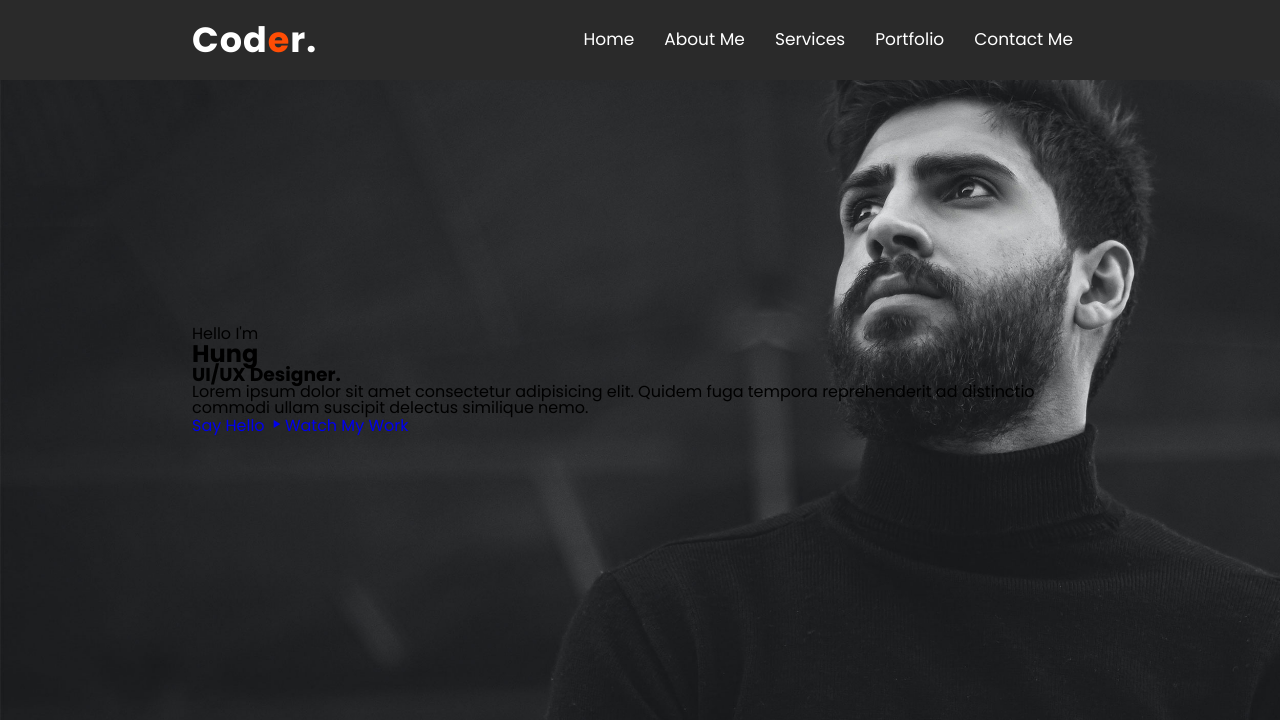
Repository: HungNg99/Protifolio2
Page: Portfolio/index.html
These files come from the project's save history. The page is drawn as it stood at one moment and after the next save; the edit follows.
The browser window is 1280 px wide. The pictures show the whole page.

Above is the page before, as saved 2022-12-09 09:46:01.

After the next save:
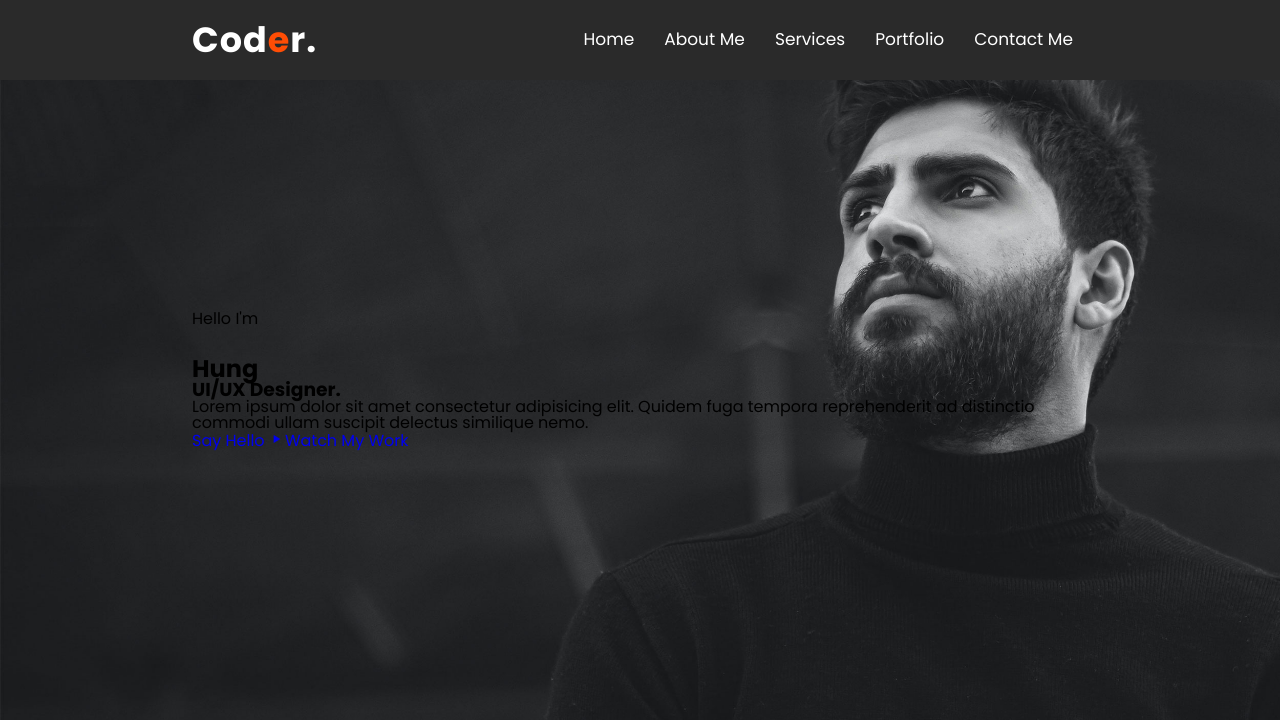
Saved 96 s later.
--- a/Portfolio/style.css
+++ b/Portfolio/style.css
@@ -74,3 +74,9 @@ section{
  align-items: center;
  justify-content: flex-start;
 }
+.slide{
+    margin-bottom: 30px;
+}
+.one{
+    display: inline-block;
+}
